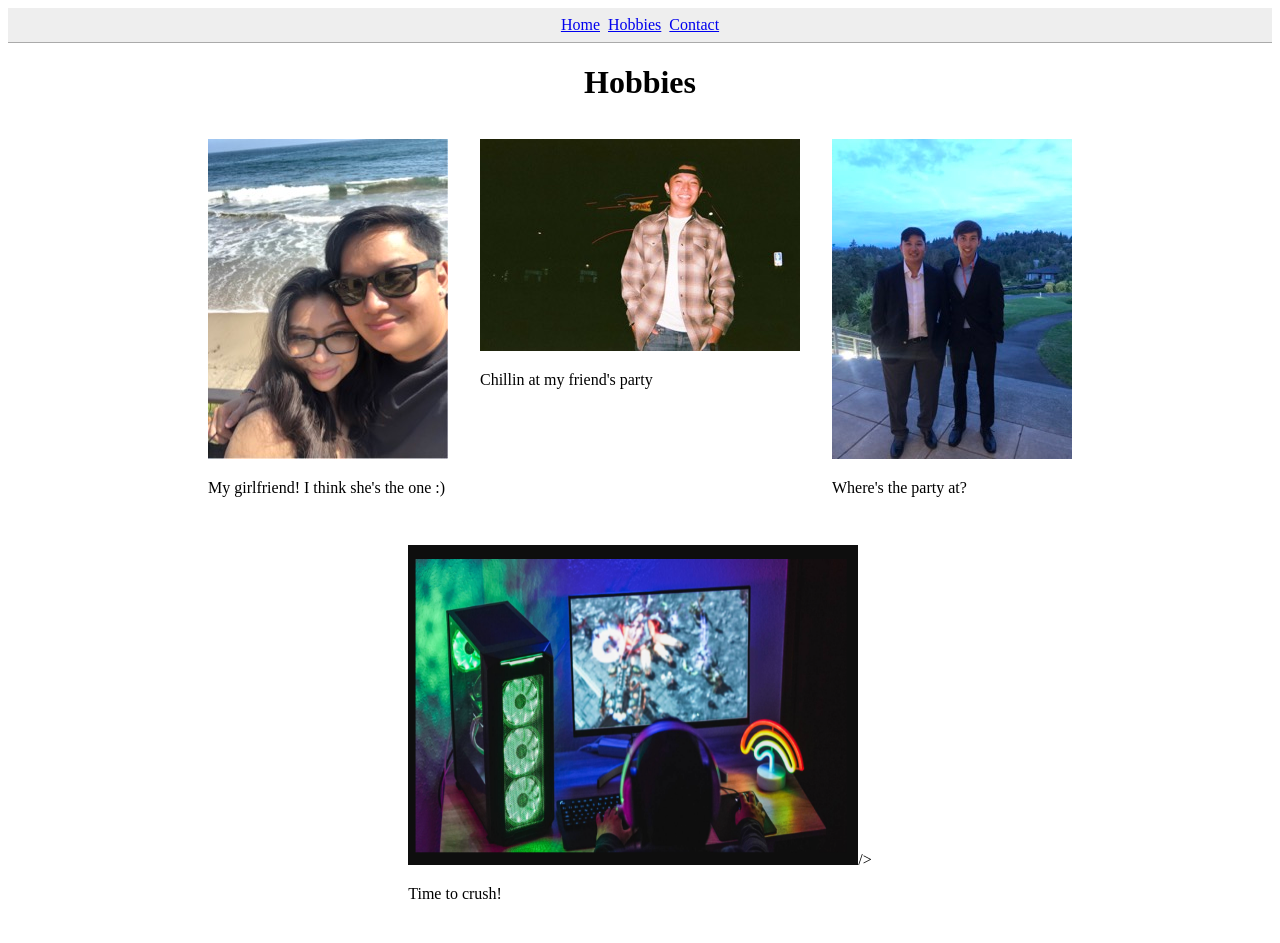
Repository: sebas6292/Jeff-Midterm
Page: hobby.html
An editor plug-in stored every save of this project. The page is shown before and after the next save, followed by the edit.
The browser window is 1280 px wide. The pictures show the whole page.

Above is the page before, as saved 2023-04-30 22:58:05.

After the next save:
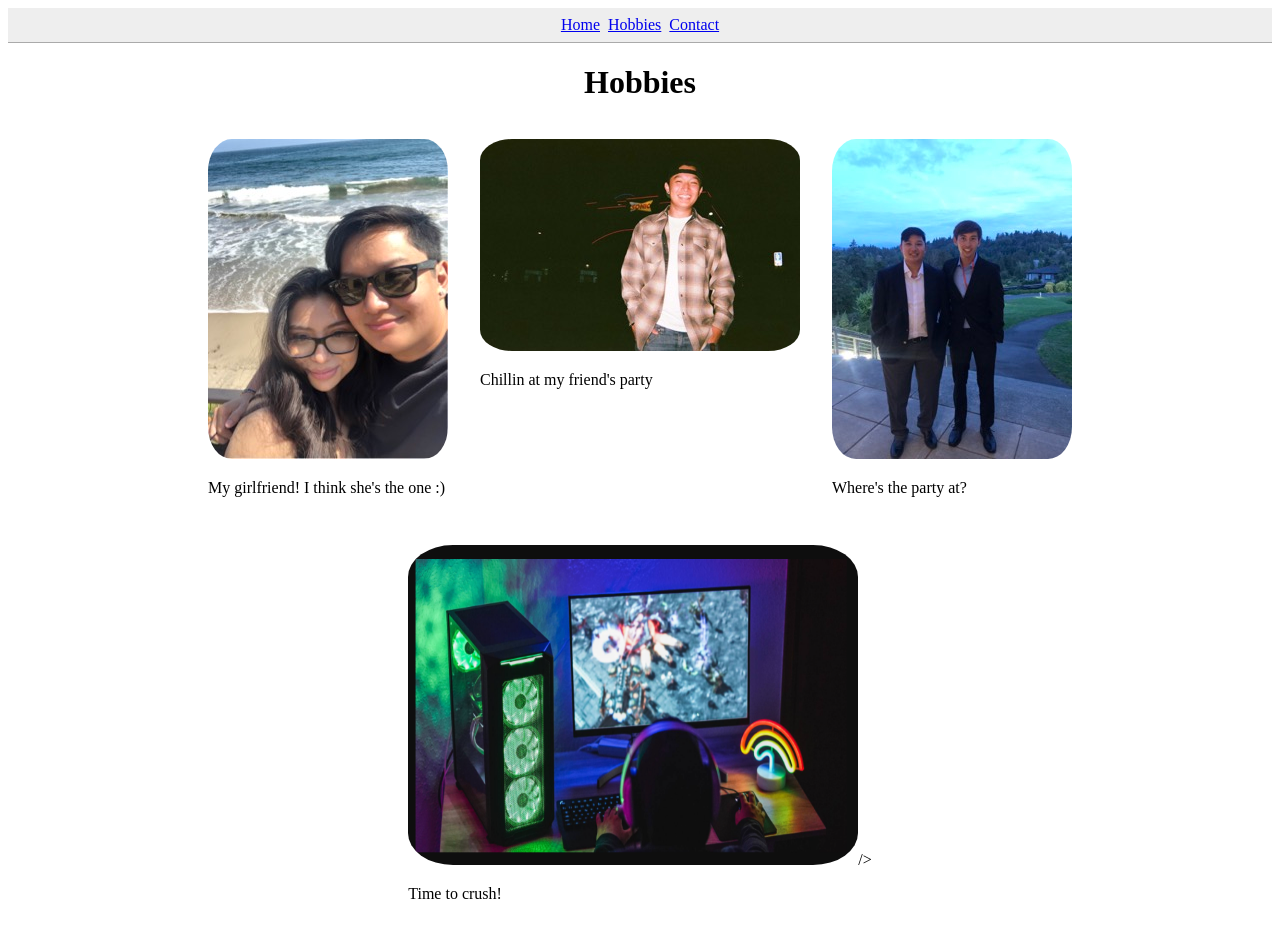
Saved 12 s later.
--- a/styles.css
+++ b/styles.css
@@ -25,5 +25,5 @@ nav {
   padding: 1rem;
 }
 .img-hobbies {
-
+  border-radius: 10%;
 }
